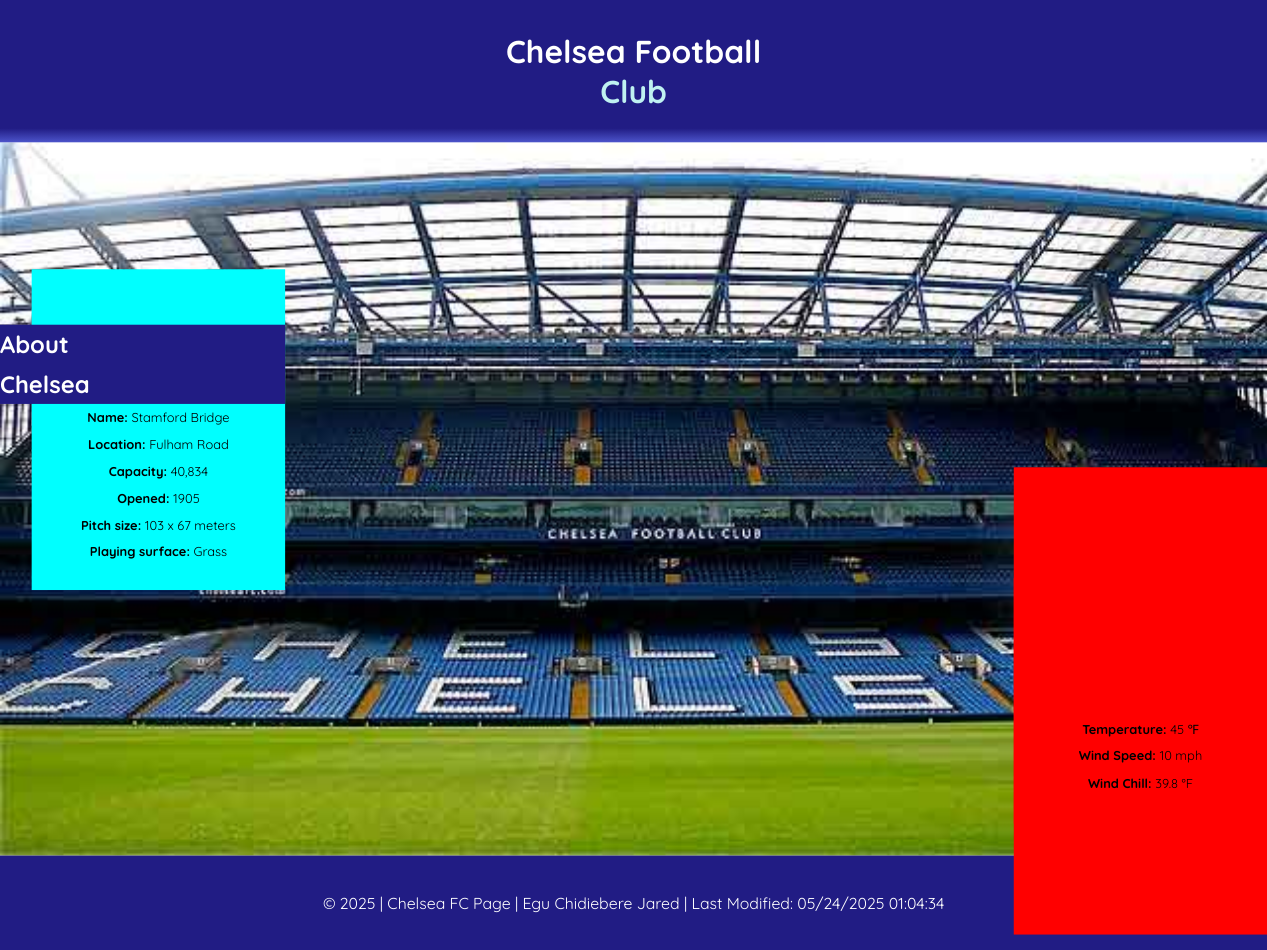
Repository: EguJaredoBoyd/wdd131
Page: place.html
The author's editor kept a copy of each file at every save. The page is drawn from the files as they stood at one save, then again after the next save.
The browser window is 1280 px wide. The pictures show the whole page, at 99% of full size.
Some web libraries are served in a nearby version.

Above is the page before, as saved 2025-05-26 11:59:56.

After the next save:
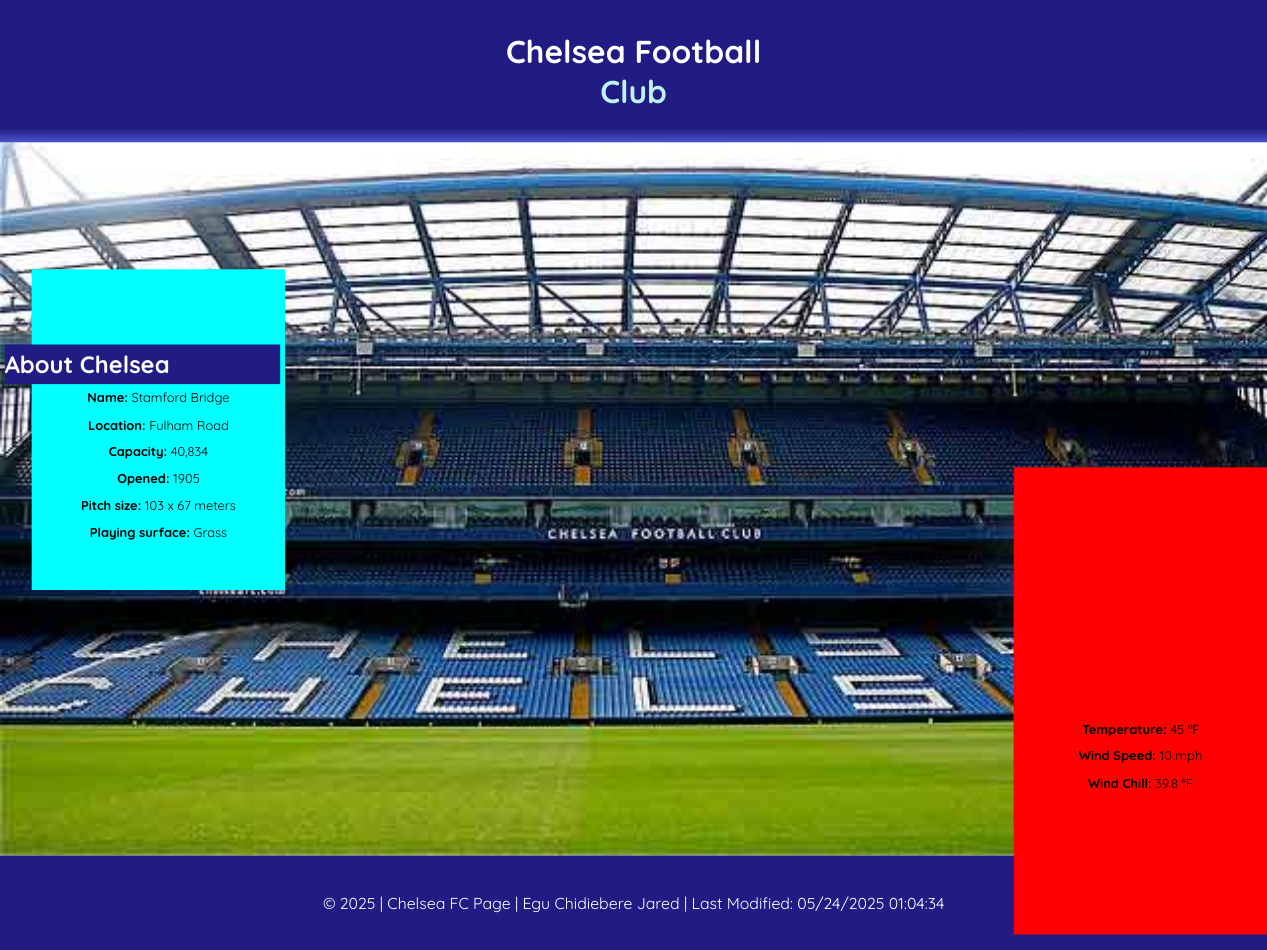
Saved 20 s later.
--- a/styles/place-large.css
+++ b/styles/place-large.css
@@ -20,7 +20,7 @@
         background-color: var(--primary-color);
         color: white;
         margin-left: -2rem;
-        padding-right: 8rem;
+        padding-right: 7rem;
     }
     .weather{
         position: absolute;
